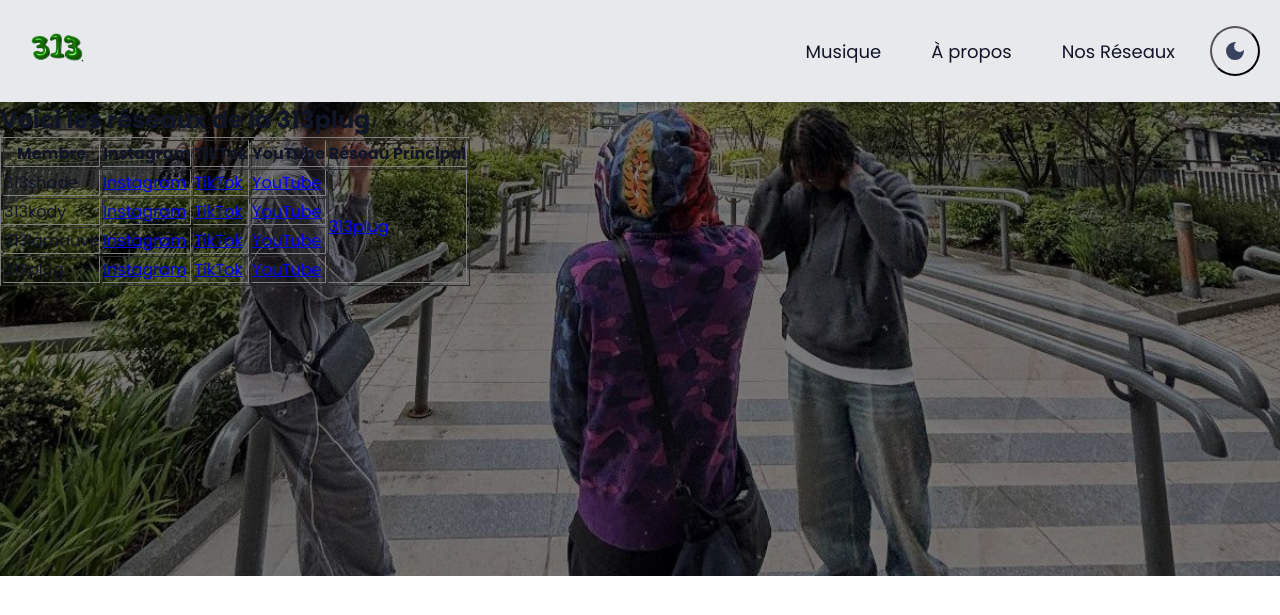
Repository: 313Kody/313plug-Site-Officiel
Page: réseau.html
An editor plug-in stored every save of this project. The page is shown before and after the next save, followed by the edit.
The browser window is 1280 px wide. The pictures show the whole page.
Some web fonts or font styles are not loaded; a fallback is used.

Above is the page before, as saved 2024-11-24 20:03:49.

### réseau.html
<!DOCTYPE html>
<html lang="en">
<head>
   <meta charset="UTF-8">
   <meta name="viewport" content="width=device-width, initial-scale=1.0">
   <title>313plug - Site Officiel</title>
   <link rel="stylesheet" href="CSS/styles.css">
   <link href="https://fonts.googleapis.com/css2?family=Fugaz+One&family=Poppins:wght@100;200;300;400;500;600;700;800;900&display=swap" rel="stylesheet">
   <script type="text/javascript" src="darkmode.js" defer></script>
</head>
<body>
   <section class="hautdepage">
      <nav class="main-nav">
         <div class="logo">
             <a href="index.html">
                 <img id="logo" src="images/313_vert-removebg-preview.png" alt="logo du groupe">
             </a>
         </div>

         <!-- Navbar en liens (cachée sur mobile) -->
         <ul class="nav-links hideOnMobile">
             <li><a href="musique.html" target="_blank">Musique</a></li>
             <li><a href="propos.html" target="_blank">À propos</a></li>
             <li><a href="réseau.html" target="_blank">Nos Réseaux</a></li>
             <button id="theme-switch-navbar">
               <svg xmlns="http://www.w3.org/2000/svg" height="24px" viewBox="0 -960 960 960" width="24px" fill="#e8eaed">
                  <path d="M480-120q-150 0-255-105T120-480q0-150 105-255t255-105q14 0 27.5 1t26.5 3q-41 29-65.5 75.5T444-660q0 90 63 153t153 63q55 0 101-24.5t75-65.5q2 13 3 26.5t1 27.5q0 150-105 255T480-120Z"/>
               </svg>
               <svg xmlns="http://www.w3.org/2000/svg" height="24px" viewBox="0 -960 960 960" width="24px" fill="#e8eaed">
                  <path d="M480-280q-83 0-141.5-58.5T280-480q0-83 58.5-141.5T480-680q83 0 141.5 58.5T680-480q0 83-58.5 141.5T480-280ZM200-440H40v-80h160v80Zm720 0H760v-80h160v80ZM440-760v-160h80v160h-80Zm0 720v-160h80v160h-80ZM256-650l-101-97 57-59 96 100-52 56Zm492 496-97-101 53-55 101 97-57 59Zm-98-550 97-101 59 57-100 96-56-52ZM154-212l101-97 55 53-97 101-59-57Z"/>
               </svg>
            </button>
         </ul>

         <!-- Icône de menu pour la sidebar (visible uniquement sur mobile) -->
         <div class="menu-button" onclick="showsidebar()">
             <svg xmlns="http://www.w3.org/2000/svg" height="28px" viewBox="0 -960 960 960" width="28px" fill="#000000" id="menu-icon">
                 <path d="M120-240v-80h720v80H120Zm0-200v-80h720v80H120Zm0-200v-80h720v80H120Z"/>
             </svg>
         </div>
     </nav>

     <!-- Sidebar (initialement cachée) -->
     <aside class="sidebar" id="sidebar">
         <ul>
             <li onclick="hidesidebar()">
                 <a href="#"><svg xmlns="http://www.w3.org/2000/svg" height="28px" viewBox="0 -960 960 960" width="28px" fill="#000000" id="close-icon"><path d="m256-200-56-56 224-224-224-224 56-56 224 224 224-224 56 56-224 224 224 224-56 56-224-224-224 224Z"/></svg></a>
             </li>
             <li><a href="musique.html" target="_blank">Musique</a></li>
             <li><a href="propos.html" target="_blank">À propos</a></li>
             <li><a href="réseau.html" target="_blank">Nos Réseaux</a></li>
             <button id="theme-switch-sidebar">
               <svg xmlns="http://www.w3.org/2000/svg" height="24px" viewBox="0 -960 960 960" width="24px" fill="#e8eaed">
                  <path d="M480-120q-150 0-255-105T120-480q0-150 105-255t255-105q14 0 27.5 1t26.5 3q-41 29-65.5 75.5T444-660q0 90 63 153t153 63q55 0 101-24.5t75-65.5q2 13 3 26.5t1 27.5q0 150-105 255T480-120Z"/>
               </svg>
               <svg xmlns="http://www.w3.org/2000/svg" height="24px" viewBox="0 -960 960 960" width="24px" fill="#e8eaed">
                  <path d="M480-280q-83 0-141.5-58.5T280-480q0-83 58.5-141.5T480-680q83 0 141.5 58.5T680-480q0 83-58.5 141.5T480-280ZM200-440H40v-80h160v80Zm720 0H760v-80h160v80ZM440-760v-160h80v160h-80Zm0 720v-160h80v160h-80ZM256-650l-101-97 57-59 96 100-52 56Zm492 496-97-101 53-55 101 97-57 59Zm-98-550 97-101 59 57-100 96-56-52ZM154-212l101-97 55 53-97 101-59-57Z"/>
               </svg>
            </button>
         </ul>
     </aside>
     <script>
         function showsidebar(){
             const sidebar = document.querySelector('.sidebar');
             sidebar.style.display = 'flex';
         }
         function hidesidebar(){
             const sidebar = document.querySelector('.sidebar');
             sidebar.style.display = 'none';
         }
      </script>
   <h1>Voici les réseaux de la 313plug</h1>
   <table border="1">
      <thead>
        <tr>
          <th>Membre</th>
          <th>Instagram</th>
          <th>TikTok</th>
          <th>YouTube</th>
          <th>Réseau Principal</th>
        </tr>
      </thead>
      <tbody>
        <!-- Ligne pour 313shade -->
        <tr>
          <td>313shade</td>
          <td><a href="https://www.instagram.com/313shade" target="_blank">Instagram</a></td>
          <td><a href="https://www.tiktok.com/@313shade" target="_blank">TikTok</a></td>
          <td><a href="https://www.youtube.com/313shade" target="_blank">YouTube</a></td>
          <td rowspan="4"><a href="https://www.313plug.com" target="_blank">313plug</a></td>
        </tr>

        <!-- Ligne pour 313kody -->
        <tr>
          <td>313kody</td>
          <td><a href="https://www.instagram.com/313kody" target="_blank">Instagram</a></td>
          <td><a href="https://www.tiktok.com/@313kody" target="_blank">TikTok</a></td>
          <td><a href="https://www.youtube.com/313kody" target="_blank">YouTube</a></td>
        </tr>

        <!-- Ligne pour 313lamauve -->
        <tr>
          <td>313lamauve</td>
          <td><a href="https://www.instagram.com/313lamauve" target="_blank">Instagram</a></td>
          <td><a href="https://www.tiktok.com/@313lamauve" target="_blank">TikTok</a></td>
          <td><a href="https://www.youtube.com/313lamauve" target="_blank">YouTube</a></td>
        </tr>

        <!-- Ligne pour 313plug -->
        <tr>
          <td>313plug</td>
          <td><a href="https://www.instagram.com/313plug" target="_blank">Instagram</a></td>
          <td><a href="https://www.tiktok.com/@313plug" target="_blank">TikTok</a></td>
          <td><a href="https://www.youtube.com/313plug" target="_blank">YouTube</a></td>
        </tr>
      </tbody>
    </table>

### CSS/styles.css
/* Styles globaux */
:root{
    --base-color: white;
    --base-variant: #e8e9ed;
    --text-color: #111528;
    --secondary-text: #232738;
    --primary-color:#3a435d;
    --accent-color:#3ffa4fa6;
    --blur-color: rgba(255, 255, 255, 0.626);
}
.darkmode{
    --base-color: #070b1d;
    --base-variant: #101425;
    --text-color: #ffffff;
    --secondary-text: #a4a5b8;
    --primary-color:#3a435d;
    --accent-color:#b445ffa1;
    --blur-color: rgba(82, 82, 82, 0.626);
}

* {
    margin: 0;
    padding: 0;
}
#theme-switch-navbar{
    height: 50px;
    width: 50px;
    padding: 0;
    border-radius: 50%;
    background-color: var(--base-variant);
    display: flex;
    justify-content: center;
    align-items: center;
}
#theme-switch-navbar svg{
    fill: var(--primary-color);
}
#theme-switch-navbar svg:last-child{
    display: none;
}
.darkmode #theme-switch-navbar svg:first-child{
    display: none;
}
.darkmode #theme-switch-navbar svg:last-child{
    display: block;
}
#theme-switch-sidebar{
    height: 50px;
    width: 50px;
    padding: 0;
    border-radius: 50%;
    background-color: var(--base-variant);
    display: flex;
    justify-content: center;
    align-items: center;
}
#theme-switch-sidebar svg{
    fill: var(--primary-color);
}
#theme-switch-sidebar svg:last-child{
    display: none;
}
.darkmode #theme-switch-sidebar svg:first-child{
    display: none;
}
.darkmode #theme-switch-sidebar svg:last-child{
    display: block;
}
body {
    margin: 0 auto;
    font-family: "Poppins", sans-serif;
    background-color: var(--base-color);
    color: var(--text-color);
}

.fugaz-one {
    font-family: "Fugaz One", sans-serif;
}
/* background----------------------------------------------------------------- */

.logo img {
    width: 75px;
    align-items: baseline;
}

/* Header / Navbar--------------------------------------------------------------- */
.main-nav {
    display: flex;
    align-items: center;
    justify-content: space-between;
    padding: 10px 20px;
    background-color:var(--base-variant);
    box-shadow: 3px 3px 5px rgba(0, 0, 0, 0.1);
}

.logo img {
    width: 75px;
}

.nav-links {
    list-style: none;
    display: flex;
    gap: 20px;
}

.nav-links li {
    height: 50px;
    display: flex;
    align-items: center;
}

.nav-links a {
    font-size: 18px;
    font-weight: 400;
    color: var(--text-color);
    text-decoration: none;
    padding: 0 15px;
}

.nav-links a:hover {
    background-color: var(--base-color);
    border-radius: 4px;
}

/* Sidebar----------------------------------------------------------------------- */
.sidebar {
    position: fixed;
    top: 0;
    right: 0;
    height: 100vh;
    width: 250px;
    z-index: 999;
    background-color: var(--blur-color);
    backdrop-filter: blur(10px);
    box-shadow: -10px 0 10px rgba(0, 0, 0, 0.1);
    display: none;
    flex-direction: column;
    align-items: flex-start;
    padding: 20px;
}

.sidebar ul {
    list-style: none;
    padding: 0;
}

.sidebar li {
    width: 100%;
}

.sidebar a {
    font-size: 18px;
    color: var(--text-color);
    text-decoration: none;
    padding: 10px;
    display: block;
}

.sidebar a:hover {
    background-color: var(--base-variant);
}

/* Menu button sidebar */
.menu-button {
    display: none;
}

/* Responsive */
@media(max-width: 800px) {
    .hideOnMobile {
        display: none;
    }
    .menu-button {
        display: block;
    }
}
@media(max-width: 400px) {
    .sidebar {
        width: 100%;
    }
}
/* Landing page -------------------------------------------------------------- */

section.hautdepage {
    background: url('../images/TRAPSHIT COVER Banniere.jpg');
    background-size: cover;
    background-repeat: no-repeat;
    background-position: center ;
    height: 80vh;
}

.big-title {
    color: rgb(255, 255, 255);
    font-size: 50px;
    padding: 20px 50px;
    margin-top: 40px;
}
/* BOUTTON ------------------------------------------------------------------- */
.button {
    height: 100vh;
    display: flex;
    align-items: center;
    justify-content: center;
    margin-top: -150px;
}

.button-style {
    position: relative;
    align-items: center;
    justify-content: center;
    padding: 10px 22px;
    background: none;
    border:3px solid #e8e8e8;
    border-radius: 6px;
    color: #fff;
    font-size: 18px;
    font-weight: bold;
    text-decoration: none;
    text-align: center;
    cursor: pointer;
    transition: transform 0.3s ease;
    box-shadow: 0px 4px 10px rgba(0, 0, 0, 0.3);
}

.button :active{
    transition: scale(0.96);
}

/* Titre de Section----------------------------------------------------------- */
.section-title{
    font-size: 45px;
    font-weight: 200;
    margin-top: 25px;
    position: relative;
}

.section-title::before {
    content: "";
    position: absolute;
    background-color: var(--text-color);
    width: 200px;
    height: 3px;
    margin-top: 7px;
}
/* section music home ---------------------------------------------------------*/

.section-title {
    text-align: center;
    font-family: "Poppins", sans-serif;
    font-size: 36px;
    font-weight: bold;
    color: var(--text-color);
    margin-bottom: 30px;
}

.music{
    background-color: var(--base-color);
    height: 45vh;
}
/* Flex container */
.cover-flex {
    display: flex;
    flex-wrap: wrap;
    justify-content: space-between;
    align-items: center;
    gap: 20px;
    margin-left: 15px;
}

/* Images à gauche */
.cover-images {
    display: flex;
    flex-wrap: wrap;
    gap: 15px;
    max-width: 100%;
}

/* Image individuelle */
.cover-box {
    flex: 1;
    max-width: 250px;
    border-radius: 10px;
    overflow: hidden;
    box-shadow: 0px 4px 10px rgba(0, 0, 0, 0.3);
    transition: transform 0.3s ease;
}

.cover-box img {
    width: 100%;
    height: auto;
    display: block;
}

.cover-box:hover {
    transform: scale(1.05);
}

/* Texte et bouton à droite */
.text-container {
    max-width: 35%;
    display: flex;
    flex-direction: column;
    align-items: flex-start;
    justify-content: center;
    gap: 20px;
    color: #000000;
    margin-right: 15px;
}

/* Texte */
.text-music {
    font-family: "Poppins", sans-serif;
    font-size: 16px;
    line-height: 1.8;
    color: var(--secondary-text);
}

.text-music h2 {
    font-size: 24px;
    font-weight: bold;
    color: var(--text-color);
    margin-bottom: 10px;
}

/* Bouton */
.button-style2 {
    display: inline-block;
    padding: 10px 20px;
    background-color: #ffffff;
    border: none;
    border-radius: 5px;
    color: #000000;
    font-size: 16px;
    font-weight: bold;
    text-decoration: none;
    text-align: center;
    transition: background-color 0.3s ease, transform 0.2s ease;
    box-shadow: 0px 4px 10px rgba(0, 0, 0, 0.3);
}

.button-style2:hover {
    background-color: var(--accent-color);
    transform: translateY(-3px);
}

.button-style2:active {
    transform: translateY(1px);
}


/* section réseau pour la homepage */

.section-title2 {
    text-align: center;
    font-family: "Poppins", sans-serif;
    font-size: 36px;
    font-weight: bold;
    color: var(--text-color);
    margin-bottom: 30px;
}

.section-title2::before {
    content: "";
    position: absolute;
    background-color: var(--text-color);
    width: 200px;
    height: 3px;
    margin-top: 3px;
}
.réseau{
    background-color: var(--base-variant);
    height: 100vh;
}
/* responsive pour la home page */

@media (max-width: 1120px) {
    .button-style{
        padding: 12px 30px;
        font-size: 20px;
        margin-bottom: 145px;
    }
}

@media (max-width: 768px) {
    /* Réduire la taille du texte du titre */
    .section-title {
        font-size: 28px;
    }

    /* Changer le comportement du conteneur .cover-flex */
    .cover-flex {
        flex-direction: column;
        justify-content: center;
        align-items: center;
        gap: 10px;
    }

    /* Modifier l'image de cover pour qu'elle soit plus petite sur les petits écrans */
    .cover-box {
        max-width: 100%;
    }

    /* Ajuster la taille du texte */
    .text-music {
        font-size: 14px;
    }

    .text-music h2 {
        font-size: 20px;
    }

    /* Ajuster la largeur du texte et des boutons */
    .text-container {
        max-width: 90%; /* Plus large sur mobile */
        margin-right: 0;
    }

    /* Boutons plus grands et espacés */
    .button-style2 {
        padding: 12px 24px;
        font-size: 18px;
    }

    .button-style {
        padding: 12px 30px;
        font-size: 20px;
        margin-top: 4px;
    }

    /* Empêcher que les éléments débordent */
    .button {
        height: auto;
        margin-top: 10px;
    }
}

@media (max-width: 574px) {
    .big-title{
        font-size: 40px;
    }
}
/* Lorsque l'écran est plus petit que 480px (taille mobile très petite) */
@media (max-width: 480px) {
    /* Réduire encore plus la taille du texte */
    .section-title {
        font-size: 24px;
    }

    .text-music {
        font-size: 12px;
    }

    .text-music h2 {
        font-size: 18px;
    }

    .button-style {
        padding: 10px 20px;
        font-size: 16px;
    }

    .big-title {
        font-size: 30px;
    }

    /* Ajuster l'espace autour des éléments */
    .cover-flex {
        gap: 10px;
    }

    .cover-box {
        max-width: 100%; /* Image en pleine largeur */
    }

    /* Mettre les textes et images en colonne */
    .cover-images {
        flex-direction: column;
        gap: 10px;
    }
}

/* PAGES MUSIQUES : Styles pour la section Cover ------------------------------------*/

/* Conteneur de chaque cover et texte */

.titre-musique {
    display: flex;
    flex-direction: column;
    justify-content: center;
    align-items: center;
}
.cover-container1 {
    max-width: 1600px;
    display: flex;
    justify-content: space-between;
    align-items: center;
    margin-bottom: 30px;
    flex-wrap: wrap;
    background-image: url("/images/313.SHIT\ COVER.jpg");
    background-position:center;
    background-repeat: no-repeat;
    background-blend-mode: darken;
    background-color: rgba(0, 0, 0, 0.5);
    border-radius: 35px;
    height: 45vh;
}

.cover-container2 {
    max-width: 1600px;
    display: flex;
    justify-content: space-between;
    align-items: center;
    margin-bottom: 30px;
    flex-wrap: wrap;
    background-image: url("/images/STAMINA\ COVER.jpg");
    background-position:center;
    background-repeat: no-repeat;
    background-blend-mode: darken;
    background-color: rgba(0, 0, 0, 0.5);
    border-radius: 35px;
    height: 45vh;
}
.cover-container3 {
    max-width: 1600px;
    display: flex;
    justify-content: space-between;
    align-items: center;
    margin-bottom: 30px;
    flex-wrap: wrap;
    background-image: url("/images/BUISNESS\ COVER.jpg");
    background-position:center;
    background-repeat: no-repeat;
    background-blend-mode: darken;
    background-color: rgba(0, 0, 0, 0.5);
    border-radius: 35px;
    height: 45vh;
}
.cover-container4 {
    max-width: 1600px;
    display: flex;
    justify-content: space-between;
    align-items: center;
    margin-bottom: 30px;
    flex-wrap: wrap;
    background-image: url("/images/gelato.jpg");
    background-position:center;
    background-repeat: no-repeat;
    background-blend-mode: darken;
    background-color: rgba(0, 0, 0, 0.5);
    border-radius: 35px;
    height: 45vh;
}
.cover-container5 {
    max-width: 1600px;
    display: flex;
    float: left;
    margin-right: 15px;
    justify-content: space-between;
    align-items: center;
    margin-bottom: 30px;
    flex-wrap: wrap;
    background-image: url("/images/SSW TAPE.jpg");
    background-position: center;
    background-repeat: no-repeat;
    background-blend-mode: darken;
    background-color: rgba(0, 0, 0, 0.5);
    border-radius: 35px;
    height: 45vh;
}

.glass {
    background: linear-gradient(135deg, rgba(255, 255, 255, 0.1), rgba(255, 255, 255, 0));
    backdrop-filter: blur(10px);
    -webkit-backdrop-filter: blur(10px);
    border-radius: 35px;
    border: 1px solid rgba(255, 255, 255, 0.18);
    box-shadow: 0 8px 32px 0 rgba(0, 0, 0, 0.37);
    display: flex;
    justify-content: space-between;
    align-items: center;
    height: 100%;
    padding: 0 20px;
}
/* Style pour chaque texte */
.text-intro h1{
    font-size: 60px;
    text-align: center;
    margin-bottom: 100px;
    margin-top: 60px;
}
.text {
    flex: 1;
    padding: 10px;
    font-family: "Poppins", sans-serif;
    font-size: 16px;
    color: #ffffff;
    text-align: left;
    margin-right: 15px;
}

.text h2 {
    font-family: "Poppins", sans-serif;
    font-size: 20px;
    color: #f1f1f1;
    margin-bottom: 10px;
}

.text h3 {
    font-family: "Poppins", sans-serif;
    font-size: 20px;
    color: #ffffff;
    margin-bottom: 10px;
}

.text p {
    font-size: 14px;
    line-height: 1.6;
}


/* Style pour l'image de cover */
.cover-link {
    flex: 1;
    text-align: center;
}

.cover-image {
    width: 100%;
    max-width: 300px;
    height: auto;
    border-radius: 8px;
    box-shadow: 0 4px 10px rgba(0, 0, 0, 0.1);
    transition: transform 0.3s ease;
}

.cover-image:hover {
    transform: scale(1.05);
}

/* Responsivité pour petits écrans */
@media (max-width: 768px) {
    .cover-container {
        flex-direction: column;
        text-align: center;
    }

    .text {
        margin-right: 0;
        margin-bottom: 20px;
    }

    .cover-image {
        max-width: 100%;
    }
}

/* PAGES A PROPOS : images----------------------------------------------------------*/

.pics {
   position: relative;
   width: 70%;
   margin: 250px auto;
}


.images-propos {
    max-width: 320px;
    float: left;
    border: 3px solid var(--text-color);
    border-radius: 10px;
    margin-right: 15px;
}

.images-propos2 {
    max-width: 320px;
    float: right;
    border: 3px solid var(--text-color);
    border-radius: 10px;
    margin-left: 15px;
}

.text-box{
    color:var(--text-color);
    font-weight: 600;
}

.text-box h1 {
    font-family: "Fugaz One", sans-serif;
    font-size: 42px;
    font-weight: 500;
}

.text-box h2 {
    font-family: "Fugaz One", sans-serif;
    font-size: 42px;
    font-weight: 500;
}

.text-box p {
    font-size: 16px;
}

/* Animation d'apparition */
@keyframes fadeIn {
    from {
        opacity: 0;
        transform: translateY(20px);
    }
    to {
        opacity: 1;
        transform: translateY(0);
    }
}

.pics {
    animation: fadeIn 1s ease-in-out;
}

@media (max-width: 768px) {
    .pics {
        flex-direction: column; /* Passe en colonne sur mobile */
        gap: 20px;
    }
    .images-propos, .images-propos2 {
        float: none;
        margin: 0 auto;
    }
    .text-box {
        text-align: center; /* Centre le texte sur petit écran */
    }
}

### darkmode.js
let darkmode = localStorage.getItem('darkmode');

const themeSwitchNavbar = document.getElementById('theme-switch-navbar');
const themeSwitchSidebar = document.getElementById('theme-switch-sidebar');

const enableDarkmode = () => {
    document.body.classList.add('darkmode');
    localStorage.setItem('darkmode', 'active');
    // Change le logo et les icônes ici
    document.querySelector('.logo img').src = "images/313_logo_Lamauve-removebg-preview.png";
    // Change les SVG dans la sidebar (ici pour le menu et le bouton close)
    changeSidebarIcons("white");
};

const disableDarkmode = () => {
    document.body.classList.remove('darkmode');
    localStorage.setItem('darkmode', null);
    // Remet le logo et les icônes à leur état original
    document.querySelector('.logo img').src = "images/313_vert-removebg-preview.png";
    changeSidebarIcons("black");
};

const changeSidebarIcons = (color) => {
    const menuIcon = document.querySelector('.menu-button svg');
    const closeIcon = document.querySelector('.sidebar svg');

    const iconColor = color === "white" ? "#FFFFFF" : "#000000";
    menuIcon.setAttribute("fill", iconColor);
    closeIcon.setAttribute("fill", iconColor);
};

// Vérifie si darkmode est activé au chargement de la page
if(darkmode === "active") {
    enableDarkmode();
}

themeSwitchNavbar.addEventListener("click", () => {
    darkmode = localStorage.getItem('darkmode');
    darkmode !== "active" ? enableDarkmode() : disableDarkmode();
});

themeSwitchSidebar.addEventListener("click", () => {
    darkmode = localStorage.getItem('darkmode');
    darkmode !== "active" ? enableDarkmode() : disableDarkmode();
});

After the next save:
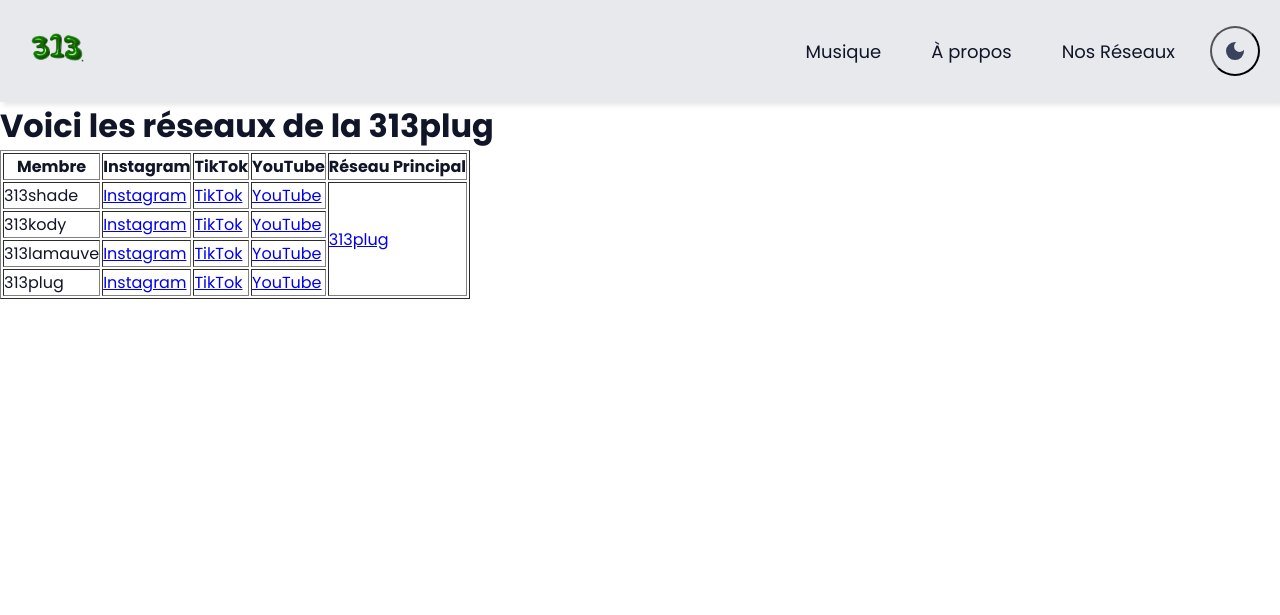
Saved 1 s later.
--- a/réseau.html
+++ b/réseau.html
@@ -9,7 +9,6 @@
    <script type="text/javascript" src="darkmode.js" defer></script>
 </head>
 <body>
-   <section class="hautdepage">
       <nav class="main-nav">
          <div class="logo">
              <a href="index.html">
